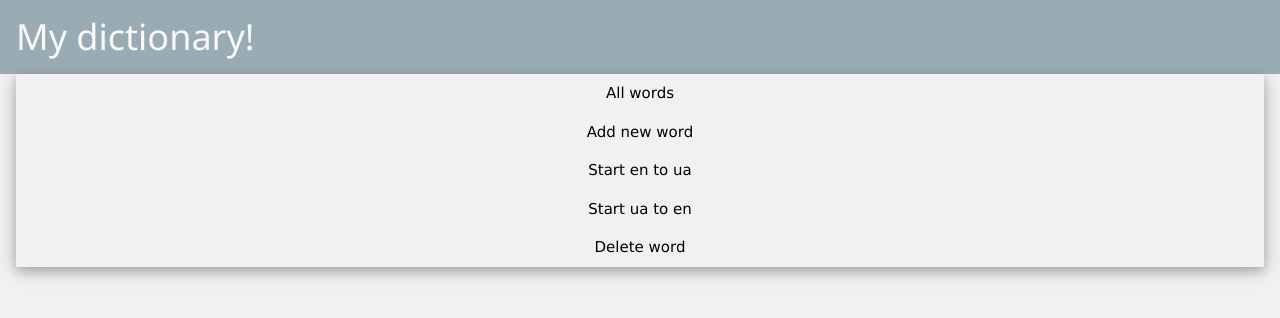
Repository: OleksandrDoskaliukKN313/IIC
Page: WebDictionary/WebContent/index.html
The author's editor kept a copy of each file at every save. The page is drawn from the files as they stood at one save, then again after the next save.
The browser window is 1280 px wide. The pictures show the whole page.

Above is the page before, as saved 2020-10-12 10:04:29.

### WebDictionary/WebContent/index.html
<!DOCTYPE html>
<html>
<head>
<meta charset="UTF-8">
<title>Insert title here</title>
<link rel="stylesheet" href="w3.css">
</head>
<body class="w3-light-grey">
<div class="w3-container w3-blue-grey w3-opacity w3-left-align">
        <h1>My dictionary!</h1>
    </div>
    <div class="w3-container w3-center">       <!-- content -->
        <div class="w3-card-4 w3-flex">    <!-- buttons holder -->
            <button class="w3-btn w3-hover-green w3-round-large" onclick="location.href='allWords'">All words</button>
            <button class="w3-btn w3-hover-green w3-round-large" onclick="location.href='addWord'">Add new word</button>
            <button class="w3-btn w3-hover-green w3-round-large" onclick="location.href='en_ua'">Start en to ua</button>
            <button class="w3-btn w3-hover-green w3-round-large" onclick="location.href='ua_en'">Start ua to en</button>
            <button class="w3-btn w3-hover-green w3-round-large" onclick="location.href='deleteWord'">Delete word</button>
        </div>
    </div>
</body>
</html>

Loaded but not shown: WebDictionary/WebContent/w3.css (library)

After the next save:
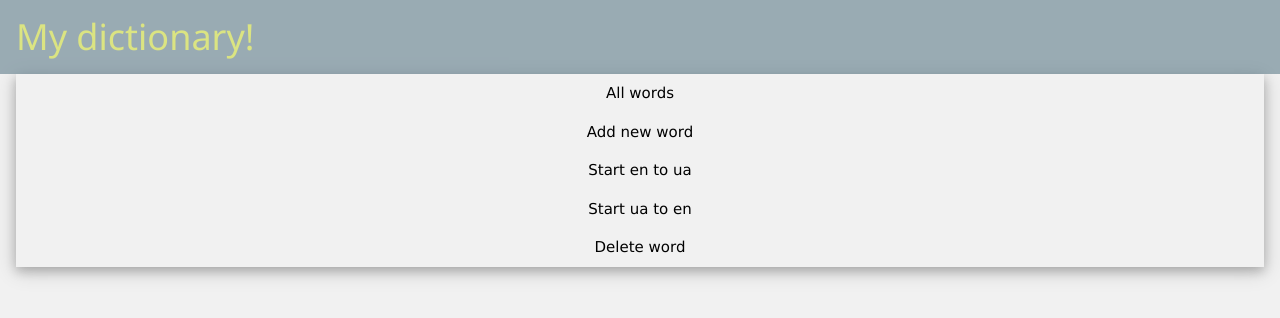
Saved 64 s later.
--- a/WebDictionary/WebContent/index.html
+++ b/WebDictionary/WebContent/index.html
@@ -6,7 +6,7 @@
 <link rel="stylesheet" href="w3.css">
 </head>
 <body class="w3-light-grey">
-<div class="w3-container w3-blue-grey w3-opacity w3-left-align">
+<div class="w3-container w3-blue-grey w3-opacity w3-left-align w3-text-lime">
         <h1>My dictionary!</h1>
     </div>
     <div class="w3-container w3-center">       <!-- content -->
